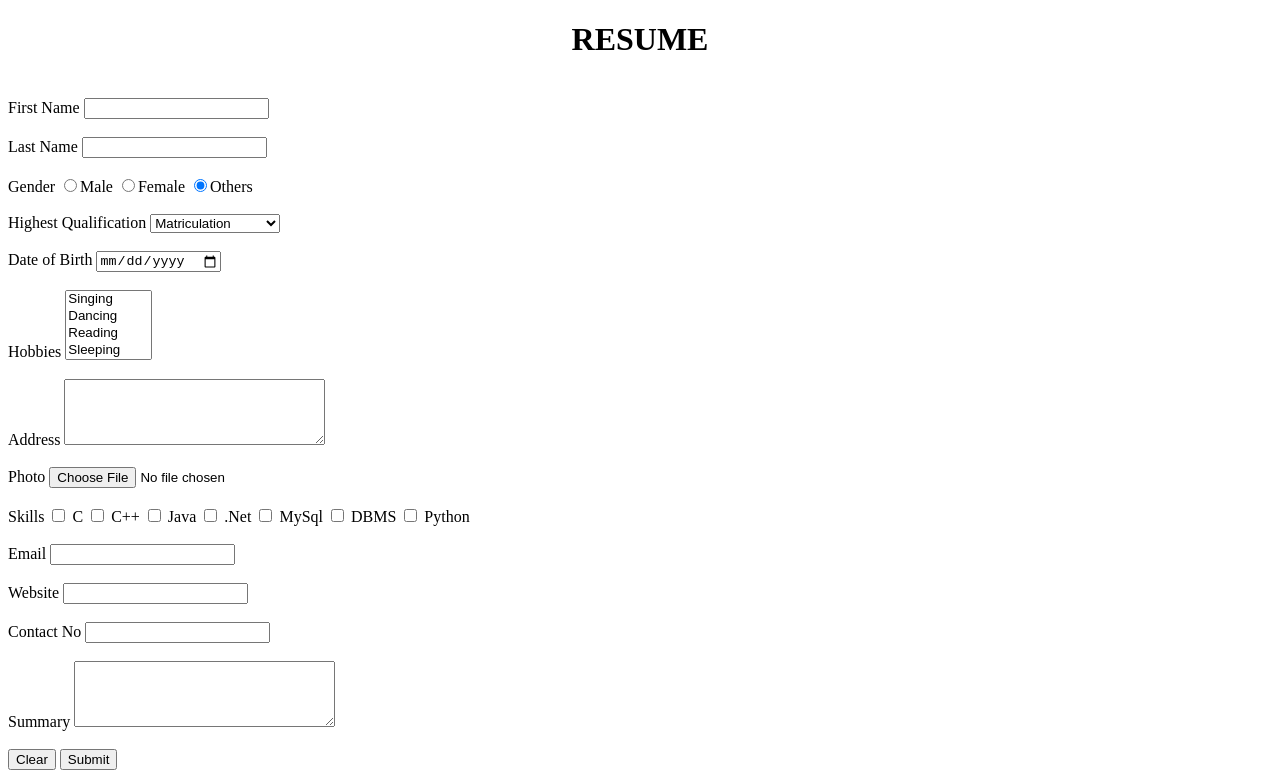
Repository: Rccalfa123/JEE
Page: MyFirstServlet/WebContent/Resume.html
An editor plug-in stored every save of this project. The page is shown before and after the next save, followed by the edit.
The browser window is 1280 px wide. The pictures show the whole page.

Above is the page before, as saved 2018-08-07 08:42:42.

### MyFirstServlet/WebContent/Resume.html
<!DOCTYPE html>
<html>
<head>
<meta charset="ISO-8859-1">
<title>Resume</title>
</head>
<body>
   <form action="ms1.java" method="get">
   <h1 align="center"> RESUME </h1><br>
  <table>
   First Name <input type="text" name="fname"><br><br>

   Last Name  <input type="text" name="lname"><br><br>

   Gender <input type="radio" name = "gender" value="male" checked="checked">Male
   		  <input type="radio" name = "gender" value="female" checked="checked">Female
   		  <input type="radio" name = "gender" value="others" checked="checked">Others<br><br>

   Highest Qualification <select name = "Qualification">
            <option value="matriculation">Matriculation</option>
            <option value="intermediate">Intermediate</option>
            <option value="bachaolor_degree">Bachaelor Degree</option>
            <option value="masters">Masters</option>

   			</select> <br><br>

   Date of Birth <input type="date" name="dob"> <br><br>

   Hobbies <select multiple  name = "hobbies">
            <option value="singing">Singing</option>
            <option value="dancing">Dancing</option>
            <option value="reading">Reading</option>
            <option value="sleeping">Sleeping</option>
            <option value="eating">Eating</option>
            <option value="video_games">Video Games</option>

   			</select><br><br>

   Address <textarea name="address"   rows="4" cols="30"></textarea><br><br>

   Photo	<input type="file"  name="photo">	<br><br>


   Skills    <input type="checkbox" name="skills" value="c"> C
   			 <input type="checkbox" name="skills" value="c++"> C++
   			 <input type="checkbox" name="skills" value="java"> Java
  			 <input type="checkbox" name="skills" value=".net"> .Net
  			 <input type="checkbox" name="skills" value="mysql"> MySql
   			 <input type="checkbox" name="skills" value="dbms"> DBMS
   			 <input type="checkbox" name="skills" value="python"> Python <br><br>

  Email    <input type="email"  name="email"> <br><br>

  Website  <input type="url" name="website"><br><br>

  Contact No <input type="text" name="contact_no"> <br><br>

  Summary  <textarea name="summary"   rows="4" cols="30"></textarea><br><br>

   <div>  <input type="reset" value="Clear"> <input type="submit" value="Submit"> </div>
  </table>
   </form>


</body>
</html>

After the next save:
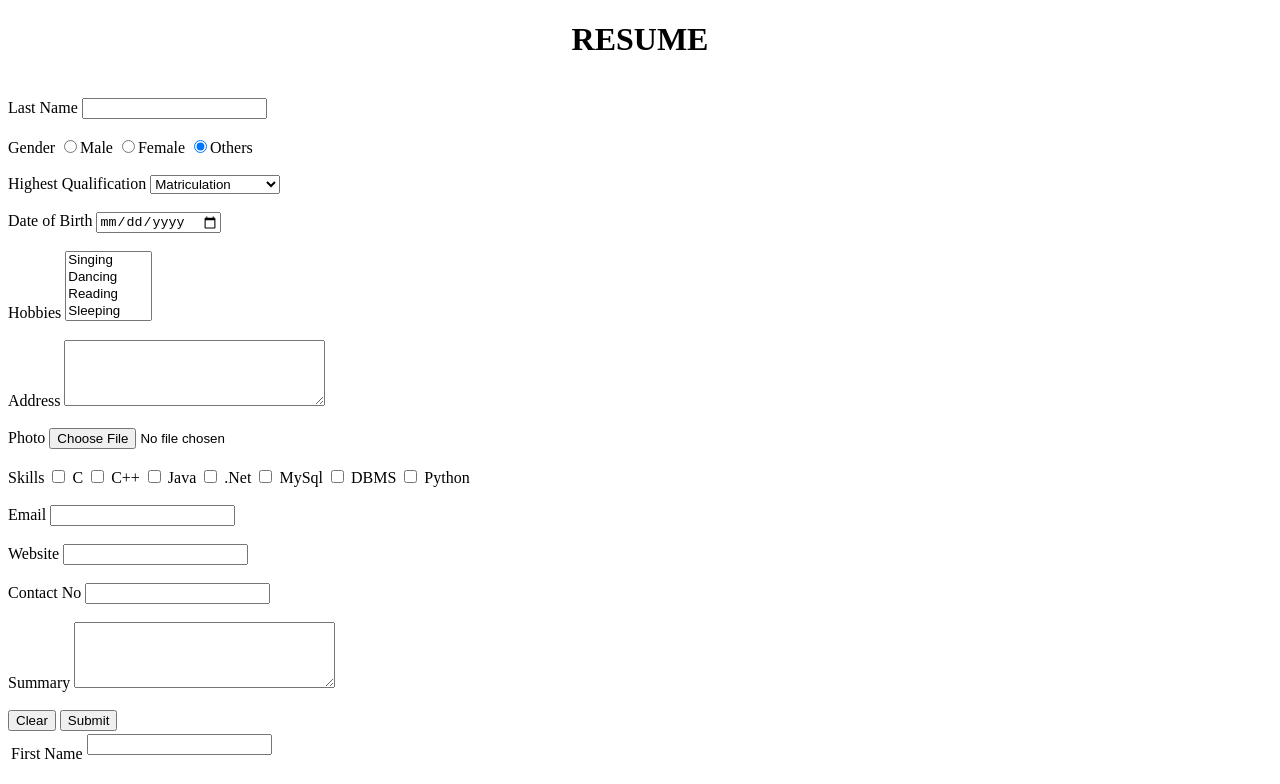
Saved 56 s later.
--- a/MyFirstServlet/WebContent/Resume.html
+++ b/MyFirstServlet/WebContent/Resume.html
@@ -8,7 +8,7 @@
    <form action="ms1.java" method="get">
    <h1 align="center"> RESUME </h1><br>
   <table>
-   First Name <input type="text" name="fname"><br><br>
+   <tr><td>First Name </td><td><input type="text" name="fname"><br><br></td></tr>
 
    Last Name  <input type="text" name="lname"><br><br>
 
